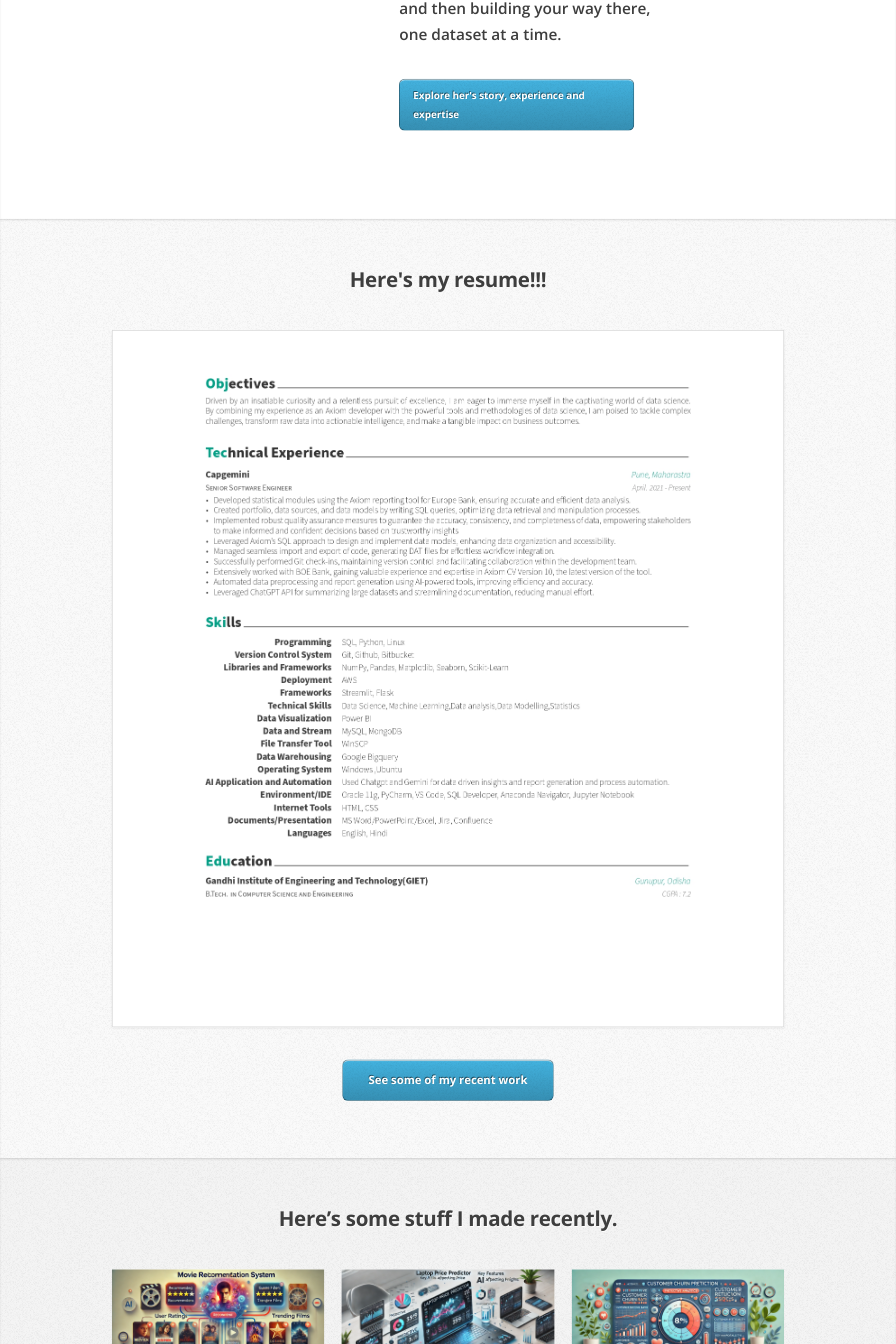
Repository: Shalini-Nanda-ds/Shalini-s-portfolio
Page: index.html
The author's editor kept a copy of each file at every save. The page is drawn from the files as they stood at one save, then again after the next save.
The browser window is 1280 px wide. The pictures show the part of the page from y = 1442 to 3362 px (the page is 4839 px tall), at 70% of full size.

Above is the page before, as saved 2025-05-04 22:41:28.

### index.html
<!DOCTYPE HTML>
<!--
	Miniport by HTML5 UP
	html5up.net | @ajlkn
	Free for personal and commercial use under the CCA 3.0 license (html5up.net/license)
-->
<html>
	<head>
		<title>Shalini's Portfolio</title>
		<meta charset="utf-8" />
		<meta name="viewport" content="width=device-width, initial-scale=1, user-scalable=no" />
		<link rel="stylesheet" href="assets/css/main.css" />
	</head>
	<body class="is-preload">

		<!-- Nav -->
			<nav id="nav">
				<ul class="container">
					<li><a href="#top">Top</a></li>
					<li><a href="#work">Work</a></li>
					<li><a href="#portfolio">Portfolio</a></li>
					<li><a href="#contact">Contact</a></li>
				</ul>
			</nav>

		<!-- Home -->
			<article id="top" class="wrapper style1">
				<div class="container">
					<div class="row">
						<div class="col-4 col-5-large col-12-medium">
							<span class="image fit"><img src="images\beautiful.png" alt="" /></span>
						</div>
						<div class="col-8 col-7-large col-12-medium">
							<header>
								<h1>Shalini in a <strong>Nutshell!!!</strong>.</h1>
							</header>
							<p>And this is <strong>a Short story time..!!</strong>,
								Once upon a time,
								a young professional landed her very first job — at one of the most prestigious banks in the country.

								She was assigned to work on the
								<span style="color:#1E88E5"><b>Axiom reporting tool</b></span>,
								a critical engine behind the bank’s compliance operations.
								It was serious work. Responsible work.
								But something felt... <i style="color:#E53935"><b>missing</b></i>.

								She loved working with <span style="color:#43A047"><b>data</b></span> —
								but not just to <span style="color:#FB8C00"><b>report</b></span> things.
								She wanted to <span style="color:#FDD835"><b>see</b></span> them.
								To <span style="color:#00ACC1"><b>play with them</b></span>.
								To <span style="color:#8E24AA"><b>paint insights in color</b></span>.

								But her role didn’t allow that.

								So, she made a choice.
								A quiet one at first.
								She began her own journey into
								<span style="color:#6D4C41"><b>Data Science</b></span>.

								<p>
									At night. On weekends. With <span style="color:#EF5350;"><b>curiosity</b></span> as fuel.<br>
									She taught herself <span style="color:#3949AB;"><b>Python</b></span>,
									<span style="color:#00897B;"><b>SQL</b></span>,
									and the art of asking better questions.
								  </p>

								  <p>Soon, she was doing things she once only imagined:</p>

								  <ul style="list-style-type: '📊 '; padding-left: 1.2em;">
									<li>Cleaned messy datasets and brought stories to life</li>
								  </ul>
								  <ul style="list-style-type: '📈 '; padding-left: 1.2em;">
									<li>Built <span style="color:#F4511E;"><b>5+ full-fledged EDA projects</b></span> that made trends speak loud and clear</li>
								  </ul>
								  <ul style="list-style-type: '🔮 '; padding-left: 1.2em;">
									<li>Trained ML models with up to <span style="color:#039BE5;"><b>85% accuracy</b></span> — and yes, she tuned them herself</li>
								  </ul>
								  <ul style="list-style-type: '📂 '; padding-left: 1.2em;">
									<li>Created a growing <span style="color:#5E35B1;"><b>Kaggle & GitHub portfolio</b></span> that shows her code, her thinking, and her growth</li>
								  </ul>
								  <ul style="list-style-type: '🎨 '; padding-left: 1.2em;">
									<li>Designed interactive dashboards using <span style="color:#43A047;"><b>Power BI</b></span> and <span style="color:#00ACC1;"><b>Streamlit</b></span></li>
								  </ul>

								  <p><b>
									This isn’t just a story about shifting careers.<br>
									This is a story about finding where you belong —<br>
									and then building your way there,<br>
									<span style="color:#FB8C00;"><b>one dataset at a time.</b></span>
								  </b></p>


								  <a href="#work" class="button scrolly" style="padding: 10px 20px; font-size: 14px;">
									Explore her's story, experience and expertise
								  </a>

						</div>
					</div>
				</div>
			</article>
<!-- Work -->
<article id="work" class="wrapper style2">
	<div class="container">
		<header>
			<h2>Here's my resume!!!</h2>
		</header>
		<div class="row aln-center">
			<div class="col-12">
				<section class="box style1">
					<div class="resume-wrapper">
						<a href="images\Final_one.pdf" download>
							<img src="images\Final_one_page-0001.jpg" alt="Resume Preview" class="resume-image">
						</a>
					</div>
				</section>
			</div>
		</div>
		<div class="row aln-center">
			<div class="col-12">
				<footer class="align-center">
					<!-- Removed the "Download Resume" button -->
					<a href="#portfolio" class="button small scrolly">See some of my recent work</a>
				</footer>
			</div>
		</div>
	</div>
</article>




		<style>
			.resume-wrapper {
				width: 100%;
				max-width: 800px; /* Set your desired maximum width here */
				margin: 0 auto; /* Center the resume image horizontally */
				overflow: hidden;
				padding-bottom: 100%;
				position: relative;
			}

			.resume-image {
				position: absolute;
				top: 0;
				left: 0;
				width: 100%;
				height: 100%;
				object-fit: cover;
			}

			.align-center {
				text-align: center;
				margin-top: 2em;
			}

			.align-center .button {
				margin-top: 1em;
			}
		</style>



		<!-- Portfolio -->
		<article id="portfolio" class="wrapper style3">
			<div class="container">
				<header>
					<h2>Here’s some stuff I made recently.</h2>
					<!-- <p>Proin odio consequat sapien vestibulum consequat lorem dolore feugiat.</p> -->
				</header>
				<div class="row">
					<div class="col-4 col-6-medium col-12-small">
						<article class="box style2">
							<a href="https://github.com/Shalini-Nanda-ds/Movie-Recommendation-System" class="image featured" target="_blank"><img src="images\Movie_recommend.webp" alt="Movie Recommendation System" /></a>
							<h3><a href="https://github.com/Shalini-Nanda-ds/Movie-Recommendation-System" target="_blank">Movie Recommendation System</a></h3>
							<!-- <p>Ornare nulla proin odio consequat.</p> -->
						</article>
					</div>
					<div class="col-4 col-6-medium col-12-small">
						<article class="box style2">
							<a href="https://github.com/Shalini-Nanda-ds/Laptop-Price-Predictor" class="image featured" target="_blank"><img src="images/Laptop_price.webp" alt="Laptop Price Predictor" /></a>
							<h3><a href="https://github.com/Shalini-Nanda-ds/Laptop-Price-Predictor" target="_blank">Laptop Price Predictor</a></h3>
							<!-- <p>Ornare nulla proin odio consequat.</p> -->
							</article>
					</div>

					<div class="col-4 col-6-medium col-12-small">
						<article class="box style2">
							<a href="https://github.com/Shalini-Nanda-ds/Customer-Churn-Prediction" class="image featured" target="_blank"><img src="images\Customer_churn.webp" alt="Customer Churn Prediction" /></a>
							<h3><a href="https://github.com/Shalini-Nanda-ds/Customer-Churn-Prediction" target="_blank">Customer Churn Prediction</a></h3>
							<!-- <p>Ornare nulla proin odio consequat.</p> -->
							</article>
					</div>
					<div class="col-4 col-6-medium col-12-small">
						<article class="box style2">
							<a href="https://github.com/Shalini-Nanda-ds/Python-Portfolio" class="image featured" target="_blank"><img src="images/Python_preview.webp" alt="Python Portfolio" /></a>
							<h3><a href="https://github.com/Shalini-Nanda-ds/Python-Portfolio" target="_blank">Python Portfolio</a></h3>
							<!-- <p>Ornare nulla proin odio consequat.</p> -->
							</article>
					</div>
					<div class="col-4 col-6-medium col-12-small">
						<article class="box style2">
							<a href="https://github.com/Shalini-Nanda-ds/SQL-Portfolio" class="image featured" target="_blank"><img src="images\SQL_preview.webp" alt="SQL Portfolio" /></a>
							<h3><a href="https://github.com/Shalini-Nanda-ds/SQL-Portfolio" target="_blank">SQL Portfolio</a></h3>
							<!-- <p>Ornare nulla proin odio consequat.</p> -->
							</article>
					</div>
					<div class="col-4 col-6-medium col-12-small">
						<article class="box style2">
							<a href="https://github.com/Shalini-Nanda-ds/Student-s_Performance.git" class="image featured" target="_blank"><img src="images\Student_perform.webp" alt="Student Performance" /></a>
							<h3><a href="https://github.com/Shalini-Nanda-ds/Student-s_Performance.git" target="_blank">Student's Performance</a></h3>
							<!-- <p>Ornare nulla proin odio consequat.</p> -->
							</article>
					</div>
					<div class="col-4 col-6-medium col-12-small">
						<article class="box style2">
							<a href="https://github.com/Shalini-Nanda-ds/Ecommerce_dashboard.git" class="image featured" target="_blank"><img src="images\e_commerce_preview.webp" alt="Ecommerce dashboard" /></a>
							<h3><a href="https://github.com/Shalini-Nanda-ds/Ecommerce_dashboard.git" target="_blank">Ecommerce Dashboard 📈💰📊</a></h3>
							<!-- <p>Ornare nulla proin odio consequat.</p> -->
							</article>
					</div>
					<div class="col-4 col-6-medium col-12-small">
						<article class="box style2">
							<a href="https://github.com/Shalini-Nanda-ds/HR_Analytics_Dashboard.git" class="image featured" target="_blank"><img src="images\HR_report_preview.webp" alt="HR Analytics Report" /></a>
							<h3><a href="https://github.com/Shalini-Nanda-ds/HR_Analytics_Dashboard.git" target="_blank">HR Analytics Report 🧑🏻‍💻👩🏻📈</a></h3>
							<!-- <p>Ornare nulla proin odio consequat.</p> -->
							</article>
					</div>

				</div>
				<footer class="align-center">
					<!-- <p>Lorem ipsum dolor sit sapien vestibulum ipsum primis?</p> -->
					<a href="#contact" class="button large scrolly">Get in touch with me</a>
				</footer>
			</div>
		</article>


		<!-- Contact -->
		<article id="contact" class="wrapper style4">
			<div class="container medium">
				<div class="row">
					<div class="col-12">
						<hr />
						<h3>Find me on ...</h3>
						<ul class="social">
							<li><a href="https://www.linkedin.com/in/shnanda-ds/" target="_blank" class="icon brands fa-linkedin-in"><span class="label">LinkedIn</span></a></li>
							<li><a href="mailto:shnanda.datascientist07@gmail.com" target="_blank" class="icon solid fa-envelope"><span class="label">Email</span></a></li>
							<li><a href="https://github.com/Shalini-Nanda-ds" target="_blank" class="icon brands fa-github"><span class="label">Github</span></a></li>
							<li><a href="https://datataleswithshalini.blogspot.com" target="_blank" class="icon brands fa-blogger"><span class="label">Blogger</span></a></li>
							<li><a href="tel:+91 9123102656" target="_blank" class="icon solid fa-phone"><span class="label">Phone</span></a></li>
						</ul>
						<hr />
					</div>

				<!-- </div>
				<footer>
					<ul id="copyright">
						<li>&copy; Untitled. All rights reserved.</li>
						<li>Design: <a href="http://html5up.net">HTML5 UP</a></li>
					</ul>
				</footer>
			</div> -->
		</article>

						<!-- <div class="col-12">
							<hr />
							<h3>Find me on ...</h3>
							<ul class="social">
								<li><a href="#" class="icon brands fa-twitter"><span class="label">Twitter</span></a></li>
								<li><a href="#" class="icon brands fa-facebook-f"><span class="label">Facebook</span></a></li>
								<li><a href="#" class="icon brands fa-dribbble"><span class="label">Dribbble</span></a></li>
								<li><a href="#" class="icon brands fa-linkedin-in"><span class="label">LinkedIn</span></a></li>
								<li><a href="#" class="icon brands fa-tumblr"><span class="label">Tumblr</span></a></li>
								<li><a href="#" class="icon brands fa-google-plus"><span class="label">Google+</span></a></li>
								<li><a href="#" class="icon brands fa-github"><span class="label">Github</span></a></li>

								<li><a href="#" class="icon solid fa-rss"><span>RSS</span></a></li>
								<li><a href="#" class="icon brands fa-instagram"><span>Instagram</span></a></li>
								<li><a href="#" class="icon brands fa-foursquare"><span>Foursquare</span></a></li>
								<li><a href="#" class="icon brands fa-skype"><span>Skype</span></a></li>
								<li><a href="#" class="icon brands fa-soundcloud"><span>Soundcloud</span></a></li>
								<li><a href="#" class="icon brands fa-youtube"><span>YouTube</span></a></li>
								<li><a href="#" class="icon brands fa-blogger"><span>Blogger</span></a></li>
								<li><a href="#" class="icon brands fa-flickr"><span>Flickr</span></a></li>
								<li><a href="#" class="icon brands fa-vimeo"><span>Vimeo</span></a></li>
								-->
							<!-- </ul>
							<hr />
						</div>
					</div>
					<footer>
						<ul id="copyright">
							<li>&copy; Untitled. All rights reserved.</li><li>Design: <a href="http://html5up.net"></a></li>
						</ul>
					</footer>
				</div>
			</article>   -->

		<!-- Scripts -->
			<script src="assets/js/jquery.min.js"></script>
			<script src="assets/js/jquery.scrolly.min.js"></script>
			<script src="assets/js/browser.min.js"></script>
			<script src="assets/js/breakpoints.min.js"></script>
			<script src="assets/js/util.js"></script>
			<script src="assets/js/main.js"></script>

	</body>
</html>

Loaded but not shown: assets/css/fontawesome-all.min.css (library); assets/js/jquery.min.js (library); assets/js/jquery.scrolly.min.js (common file); assets/js/browser.min.js (common file); assets/js/breakpoints.min.js (common file); assets/js/util.js (587 lines, source omitted); assets/js/main.js (34 lines, source omitted); assets/css/main.css (2445 lines, source omitted)

After the next save:
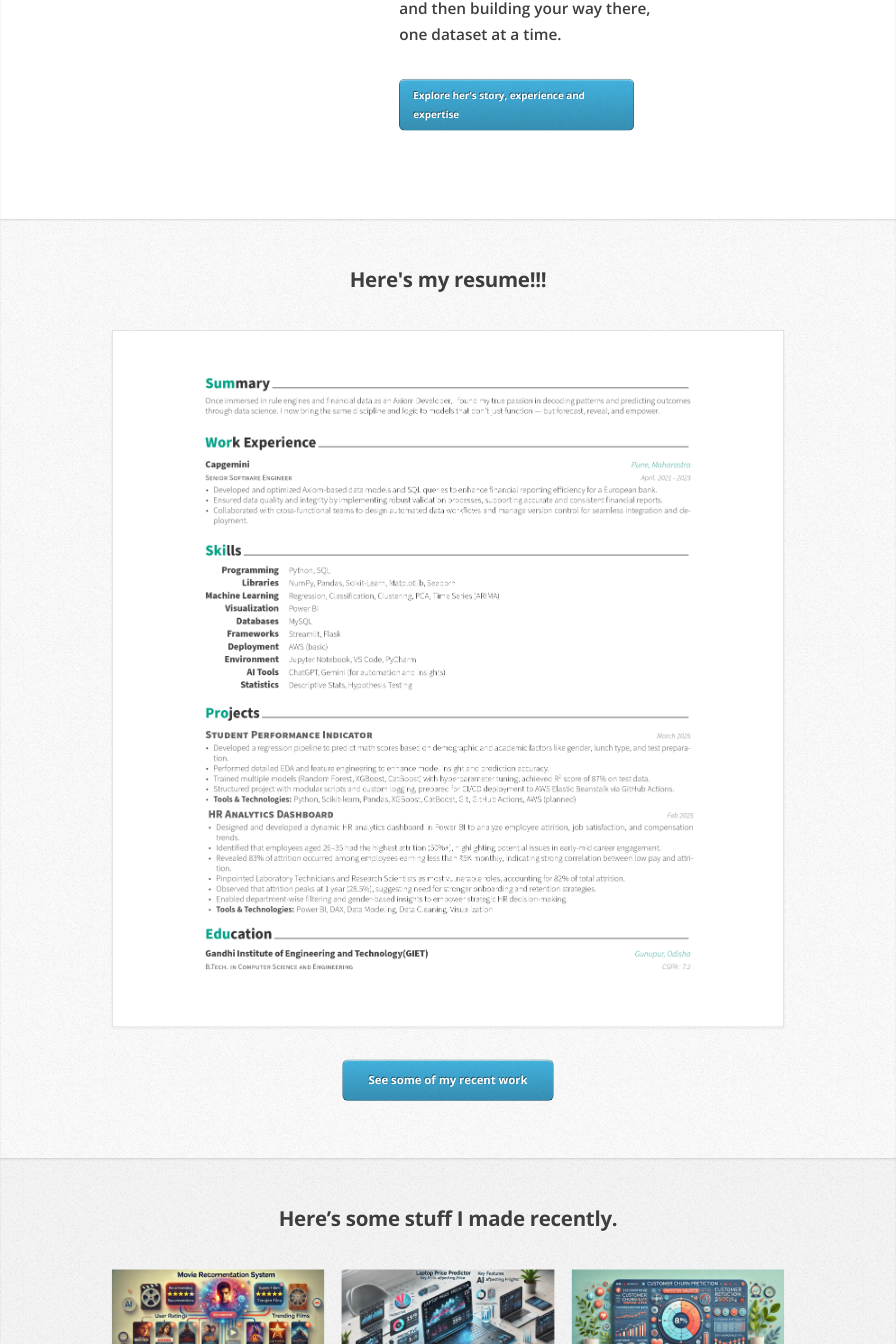
Saved 13 h 4 min later.
--- a/index.html
+++ b/index.html
@@ -108,8 +108,8 @@
 			<div class="col-12">
 				<section class="box style1">
 					<div class="resume-wrapper">
-						<a href="images\Final_one.pdf" download>
-							<img src="images\Final_one_page-0001.jpg" alt="Resume Preview" class="resume-image">
+						<a href="C:\Users\Win10\Desktop\Final_website\images\Shalini_Nanda.pdf" download>
+							<img src="images\Shalini_Nanda_preview.jpg" alt="Resume Preview" class="resume-image">
 						</a>
 					</div>
 				</section>
